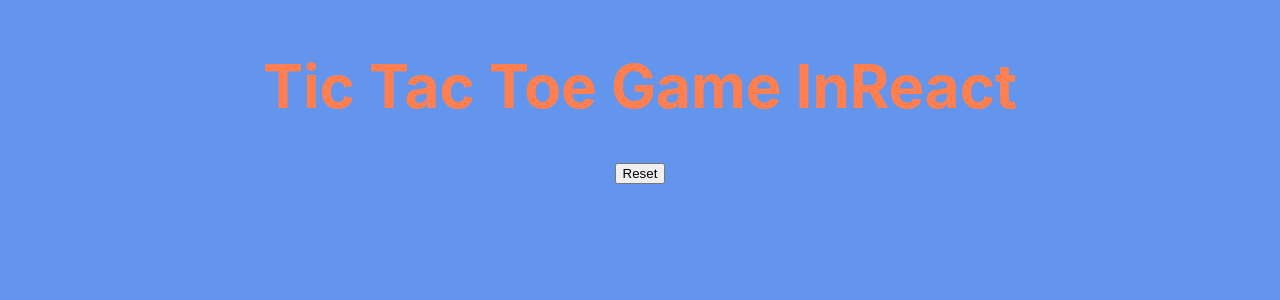
Repository: jontslater/tictaktoe
Page: /
The author's editor kept a copy of each file at every save. The page is drawn from the files as they stood at one save, then again after the next save.
The browser window is 1280 px wide. The pictures show the whole page.
The project was rebuilt for these pictures with package versions that can differ from the ones it lists, and the page was loaded fresh each time. Also part of the build but not shown: src/App.css.

Above is the page before, as saved 2024-06-30 10:17:12.

### src/index.css
body {
  margin: 0;
  font-family: -apple-system, BlinkMacSystemFont, 'Segoe UI', 'Roboto', 'Oxygen',
    'Ubuntu', 'Cantarell', 'Fira Sans', 'Droid Sans', 'Helvetica Neue',
    sans-serif;
  -webkit-font-smoothing: antialiased;
  -moz-osx-font-smoothing: grayscale;
  background-color:cornflowerblue
}

code {
  font-family: source-code-pro, Menlo, Monaco, Consolas, 'Courier New',
    monospace;
}

### src/App.js

import './App.css';
import TicTacToe from './Components/TicTacToe/TicTacToe';

function App() {
  return (
    <div>
     <TicTacToe/>
    </div>
  );
}

export default App;

### src/Components/TicTacToe/TicTacToe.jsx
import React from 'react'
import './TicTacToe.css'
import O from '../Assets/O.jpg'
import x from '../Assets/x.jpg'

const TicTacToe = () => {
  return (
    <div className= 'container'>
     <h1 className='title'>Tic Tac Toe Game In <span>React</span></h1>
     <div className='board'>

     </div>
     <button className='reset'>Reset</button>
    </div>
  )
}

export default TicTacToe

### src/Components/TicTacToe/TicTacToe.css
.container{
  text-align: center;
}

.title{
  margin-top: 50px;
  color: coral;
  font-size: 60px;
  display: flex;
  justify-content: center;
  align-items: center;
}

Loaded but not shown: public/index.html (common file); src/index.js (common file); src/reportWebVitals.js (common file)

After the next save:
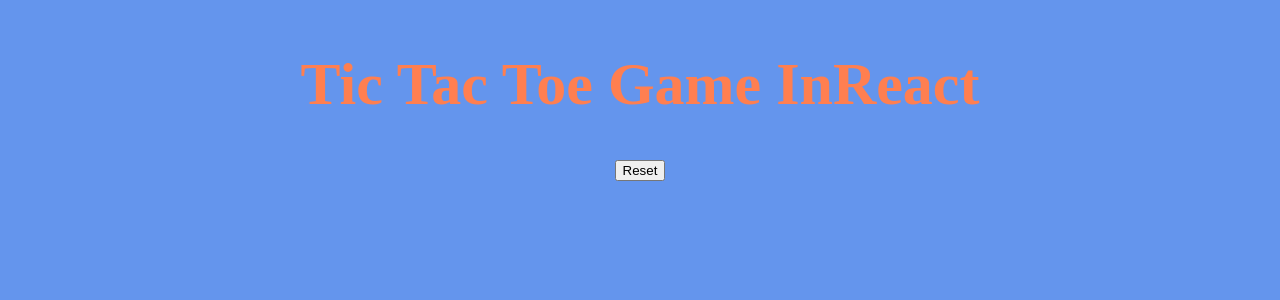
Saved 21 s later.
--- a/src/Components/TicTacToe/TicTacToe.css
+++ b/src/Components/TicTacToe/TicTacToe.css
@@ -9,4 +9,5 @@
   display: flex;
   justify-content: center;
   align-items: center;
+  font-family: fantasy;
 }
